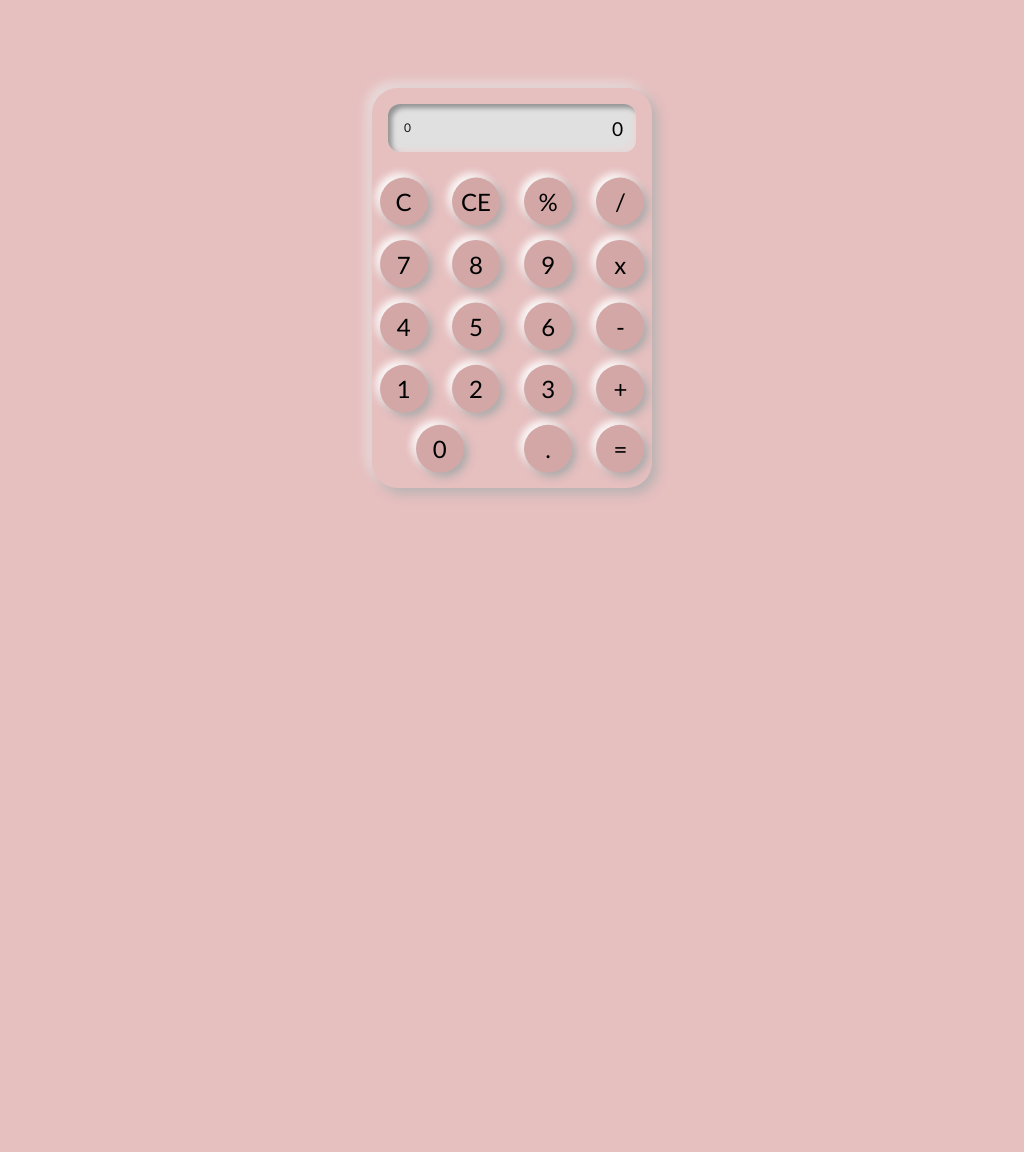
Repository: Goldmyn/Calculator
Page: index.html
An editor plug-in stored every save of this project. The page is shown before and after a run of saves, followed by the edit.
The browser window is 1280 px wide. The pictures show the whole page, at 80% of full size.

Above is the page before, as saved 2022-09-28 04:30:49.

### index.html
<!DOCTYPE html>
<html lang="en">
  <head>
    <meta charset="UTF-8" />
    <meta http-equiv="X-UA-Compatible" content="IE=edge" />
    <meta name="viewport" content="width=device-width, initial-scale=1.0" />
    <title>Document</title>
    <link rel="stylesheet" href="index.css" />
  </head>
  <body>
    <section>
      <div class="container">
        <div class="calculator">
          <div class="display">
            <div class="display-1">0</div>
            <div class="border"> <div class="display-2">0</div></div>
            <div class="temp-result"></div>
          </div>
          <div class="all_button">
            <div class="button all-clear">C</div>
            <div class="button last-entity-clear">CE</div>
            <div class="button operation">%</div>
            <div class="button operation">/</div>
            <div class="button number">7</div>
            <div class="button number">8</div>
            <div class="button number">9</div>
            <div class="button operation">x</div>
            <div class="button number">4</div>
            <div class="button number">5</div>
            <div class="button number">6</div>
            <div class="button operation">-</div>
            <div class="button number">1</div>
            <div class="button number">2</div>
            <div class="button number">3</div>
            <div class="button operation">+</div>
            <div class="button btn-0 number">0</div>
            <div class="button number dot">.</div>
            <div class="button equal">=</div>
          </div>
        </div>
      </div>
    </section>
    <section>

    <script src="index.js"></script>
  </body>
</html>

### index.css
* {
    padding: 0;
    margin: 0;
    box-sizing: border-box;
  }
  html {
    font-family: 'Gill Sans', 'Gill Sans MT', Calibri, 'Trebuchet MS', sans-serif;
  }
  section {
    background-color: #e6bfbf;
    min-height: 100vh;
    width: 100%;
    display: flex;
    align-items: center;
    justify-content: center;
  }
  .container {
    background-color: #e0e0e0;
    width: 90%;
    height: 500px;
    max-width: 350px;
    border-radius: 32px;
    background: #e6bfbf;
    box-shadow: 7px 7px 14px #b8b2b2, -7px -7px 14px #e9dddd;
    overflow: hidden;
  }
  .display {
    height: 100px;
    width: 100%;
    text-align: right;
    padding: 20px;
    font-size: 30px;
    position: relative;
  }
  .display-1 {
    opacity: 0.9;
    font-size: 15px;
    height: 20px;
    overflow: hidden;
    position: absolute;
    bottom: 40px;
    left: 40px;
  }

  .border {
    background-color: aqua;
    height: 60px;
    width: 100%;
    padding-right: 1rem;
    display: flex;
    align-items: center;
    justify-content: flex-end;
    border-radius: 15px;
    background: #e0e0e0;
    font-size: 24px;
    box-shadow: inset 5px 5px 7px #949494, inset -5px -5px 7px #e7d9d9;
  }

  .temp-result {
    display: none;
  }

  .all_button {
    color: rgb(0, 0, 0);
    display: grid;
    grid-template:
      repeat(4, minmax(67px, 1fr))
      / repeat(4, minmax(50px, 1fr));
    gap: 0.7rem;
    transform: translateY(0.5rem);
    place-items: center;
  }
  .button {
    display: inline-block;
    height: 60px;
    width: 60px;
    display: flex;
    align-items: center;
    justify-content: center;
    font-size: 30px;
    cursor: pointer;
    border-radius: 100px;
    background: #d4a7a7;
    box-shadow: 5px 5px 11px #aaaaaa, -5px -5px 11px #ffffff;
  }
  .button:hover {
    background-color: rgb(30, 43, 46);
    color: white;
  }
  .btn-0 {
    grid-column: 1/3;
  }

### index.js
const display1El = document.querySelector('.display-1')
const display2El = document.querySelector('.display-2')
const tempResultEl = document.querySelector('.temp-result')
const numbersEl = document.querySelectorAll('.number')
const operationEl = document.querySelectorAll('.operation')
const equalEl = document.querySelector('.equal')
const clearAllEl = document.querySelector('.all-clear')
const clearLastEl = document.querySelector('.last-entity-clear')
let dis1Num = ''
let dis2Num = ''
let result = null
let lastOperation = ''
let haveDot = false

numbersEl.forEach((number) => {
  number.addEventListener('click', (e) => {
    if (e.target.innerText === '.' && !haveDot) {
      haveDot = true
    } else if (e.target.innerText === '.' && haveDot) {
      return
    }
    dis2Num += e.target.innerText
    display2El.innerText = dis2Num
    // console.log();
  })
})

operationEl.forEach((operation) => {
  operation.addEventListener('click', (e) => {
    if (!dis2Num) return
    haveDot = false
    const operationName = e.target.innerText
    if (dis1Num && dis2Num && lastOperation) {
      mathOperation()
    } else {
      result = parseFloat(dis2Num)
    }
    clearVar(operationName)
    lastOperation = operationName
    console.log(result)
  })
})
function clearVar(name = '') {
  dis1Num += dis2Num + ' ' + name + ' '
  display1El.innerText = dis1Num
  display2El.innerText = ''
  dis2Num = ''
  tempResultEl.innerText = result
}

function mathOperation() {
  if (lastOperation === 'x') {
    result = parseFloat(result) * parseFloat(dis2Num)
  } else if (lastOperation === '+') {
    result = parseFloat(result) + parseFloat(dis2Num)
  } else if (lastOperation === '-') {
    result = parseFloat(result) - parseFloat(dis2Num)
  } else if (lastOperation === '/') {
    result = parseFloat(result) / parseFloat(dis2Num)
  } else if (lastOperation === '%') {
    result = parseFloat(result) % parseFloat(dis2Num)
  }
}
// operation();

equalEl.addEventListener('click', () => {
  if (!dis2Num || !dis1Num) return
  haveDot = false
  mathOperation()
  clearVar()
  display2El.innerText = result
  tempResultEl.innerText = ''
  dis2Num = result
  dis1Num = ''
})

clearAllEl.addEventListener('click', () => {
  dis1Num = ''
  dis2Num = ''
  display1El.innerText = ''
  display2El.innerText = ''
  result = ''
  tempResultEl.innerText = ''
})

clearLastEl.addEventListener('click', () => {
  display2El.innerText = ''
  dis2Num = ''
})

window.addEventListener('keydown', (e) => {
  if (
    e.key === '0' ||
    e.key === '1' ||
    e.key === '2' ||
    e.key === '3' ||
    e.key === '4' ||
    e.key === '5' ||
    e.key === '6' ||
    e.key === '7' ||
    e.key === '8' ||
    e.key === '9' ||
    e.key === '.'
  ) {
    clickButtonEl(e.key)
    // console.log(e.key)
  } else if (e.key === '+' || e.key === '-' || e.key === '/' || e.key === '%') {
    clickOperation(e.key)
  } else if (e.key === '*') {
    clickOperation('x')
    // console.log(e.key)
  } else if (e.key == 'Enter' || e.key === '=') {
    clickEqual()
  }
  // console.log(e.key)
})
function clickButtonEl(key) {
  numbersEl.forEach((button) => {
    if (button.innerText === key) {
      button.click()
    }
  })
}
function clickOperation(key) {
  operationEl.forEach((operation) => {
    if (operation.innerText === key) {
      operation.click()
    }
  })
}
function clickEqual() {
  equalEl.click()
}

After the next 3 saves:
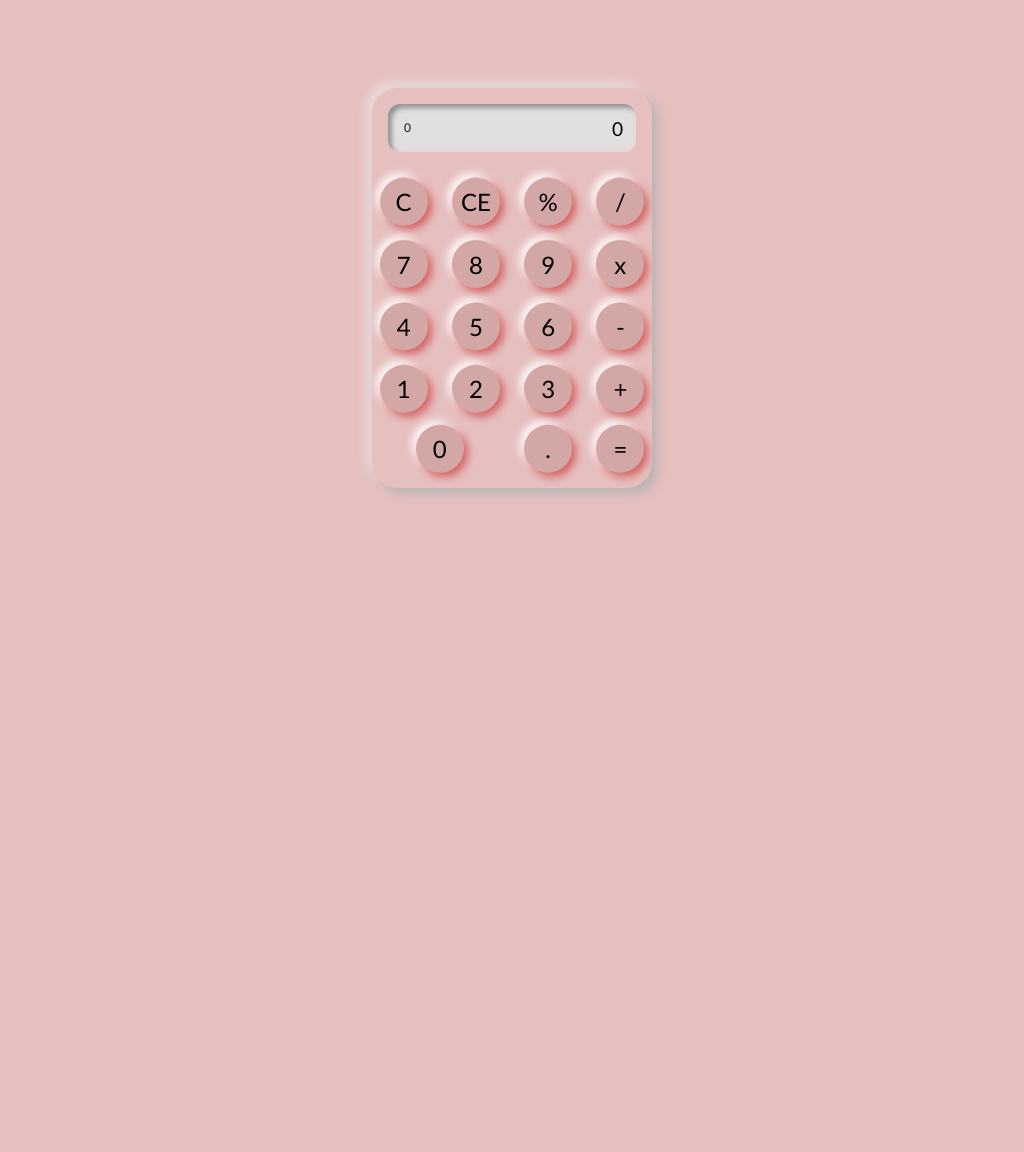
The 3 saves are shown as one change because they came seconds apart.
The last was saved 15 s later.
--- a/index.css
+++ b/index.css
@@ -81,7 +81,7 @@
     cursor: pointer;
     border-radius: 100px;
     background: #d4a7a7;
-    box-shadow: 5px 5px 11px #aaaaaa, -5px -5px 11px #ffffff;
+    box-shadow: 5px 5px 11px #d45f5f, -5px -5px 11px #ffffff;
   }
   .button:hover {
     background-color: rgb(30, 43, 46);
